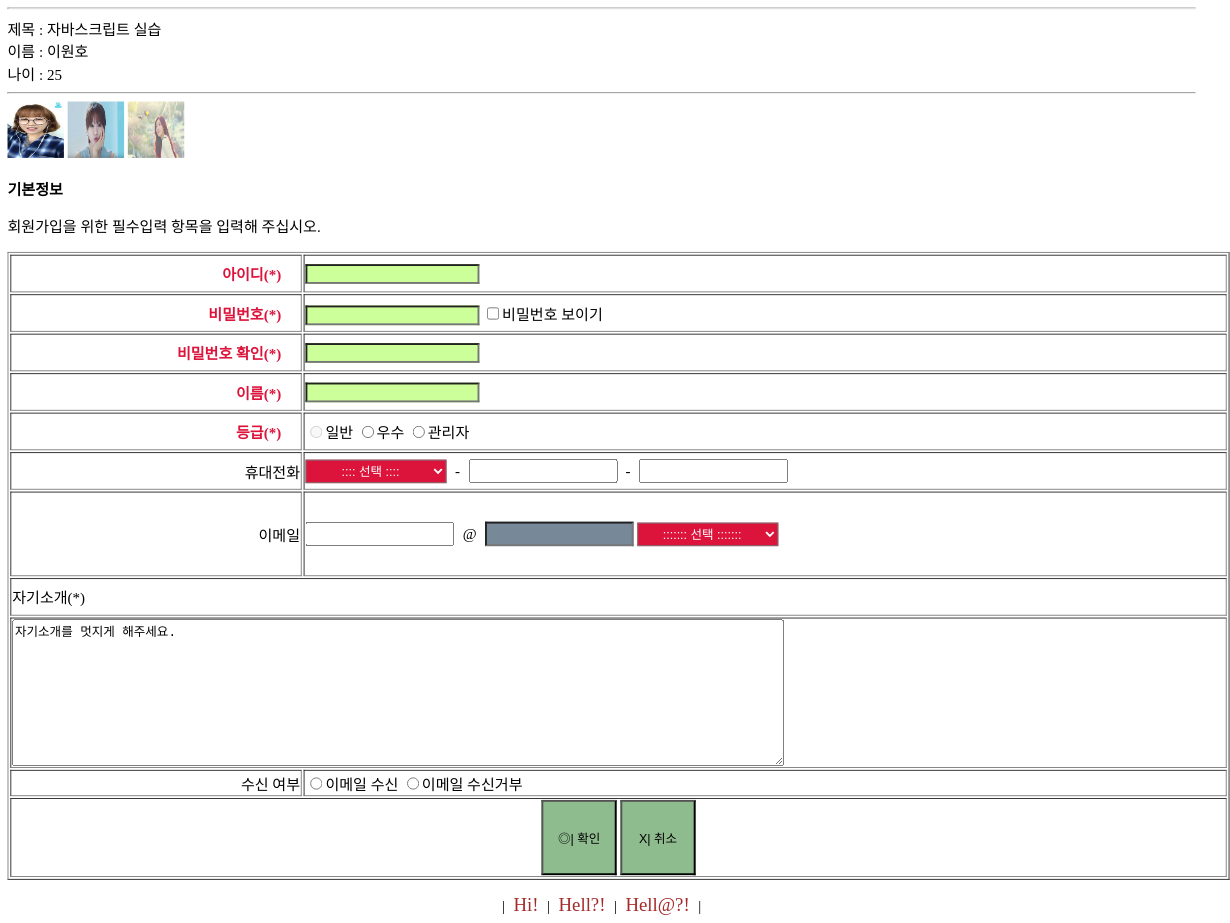
Repository: Leewonhoo/kostaweb
Page: Jsp_sample/WebContent/join.html
These files come from the project's save history. The page is drawn as it stood at one moment and after the next save; the edit follows.
The browser window is 1280 px wide. The page is 1308 px wide, so the pictures cover 1308 px, including what lies to the right of the window. The pictures show the whole page, at 94% of full size.

Above is the page before, as saved 2017-09-13 01:39:47.

After the next save:
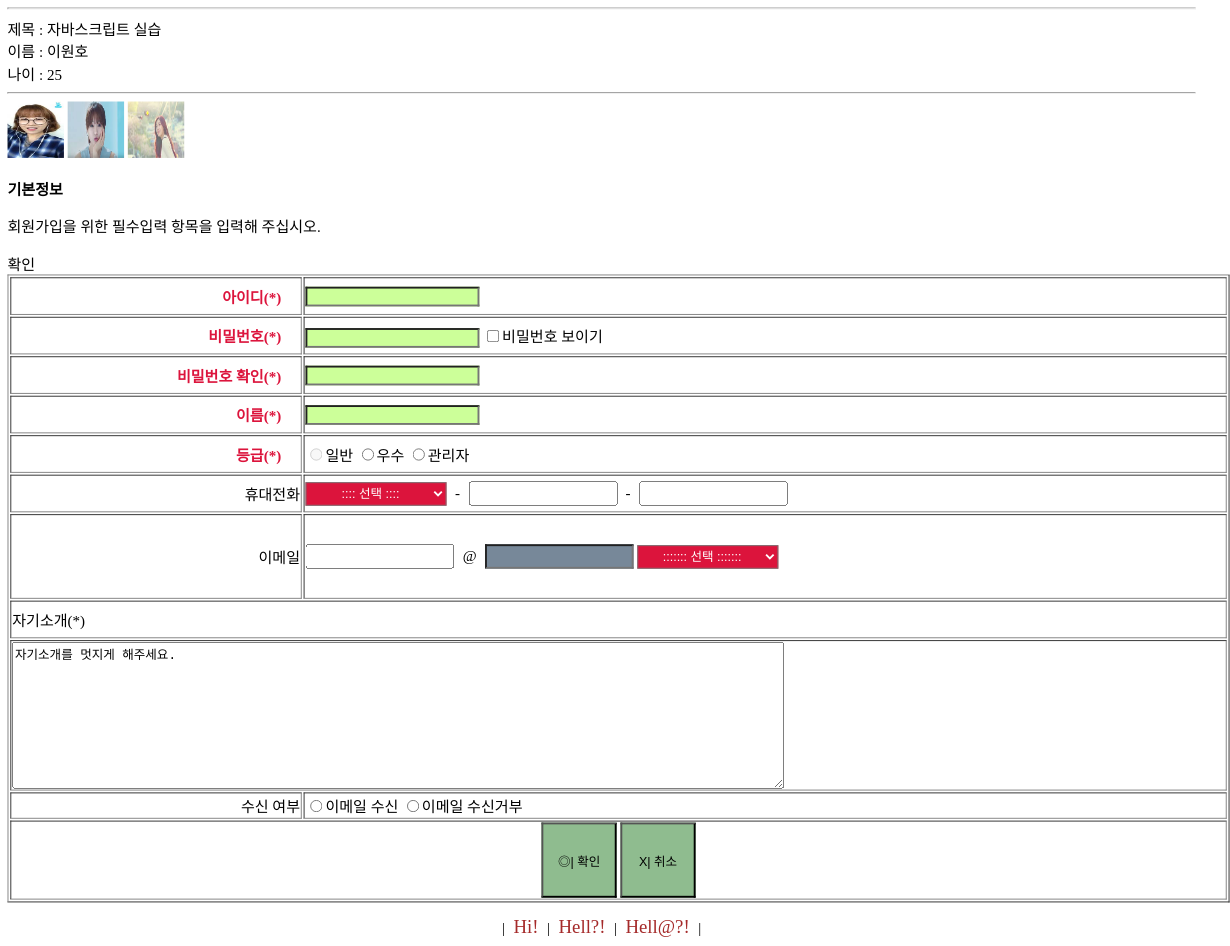
Saved 24 s later.
--- a/Jsp_sample/WebContent/join.html
+++ b/Jsp_sample/WebContent/join.html
@@ -65,14 +65,14 @@
 		alert("hi");
 		if(memberPwElement.value != check){
 			var message="다시입력";
-			document.joinForm.PwLength.innerText.value = message;
+			document.joinForm.PwLength.innerText = message;
 			//Pwlength1.value = message;
 			//alert(message);
 			memberPwConfirmElement.focus();
 			//setTimeout(function(){memberPwConfirmElement.focus();}, 1);
 		} else{
 			var message="일치";
-			document.joinForm.PwLength.innerText.value = message;
+			document.joinForm.PwLength.innerText = message;
 			//Pwlength1.value = message;
 		}
 	}
@@ -152,7 +152,7 @@
 				<td width="250px" align="right"><span class="remark">비밀번호 확인(*)</span></td>
 				<td width="800px">
 				<input class="import" id="memberPwConfirm" name="memberPwConfirm" type="password" size="20" onblur="Pwcheck(this.value)"></td>
-				<span id="PwLength" name="PwLength"></span>
+				<span id="PwLength" name="PwLength">확인</span>
 			</tr>
 			<tr height="40px">
 				<td width="250px" align="right"><span class="remark">이름(*)</span></td>

After the save that followed:
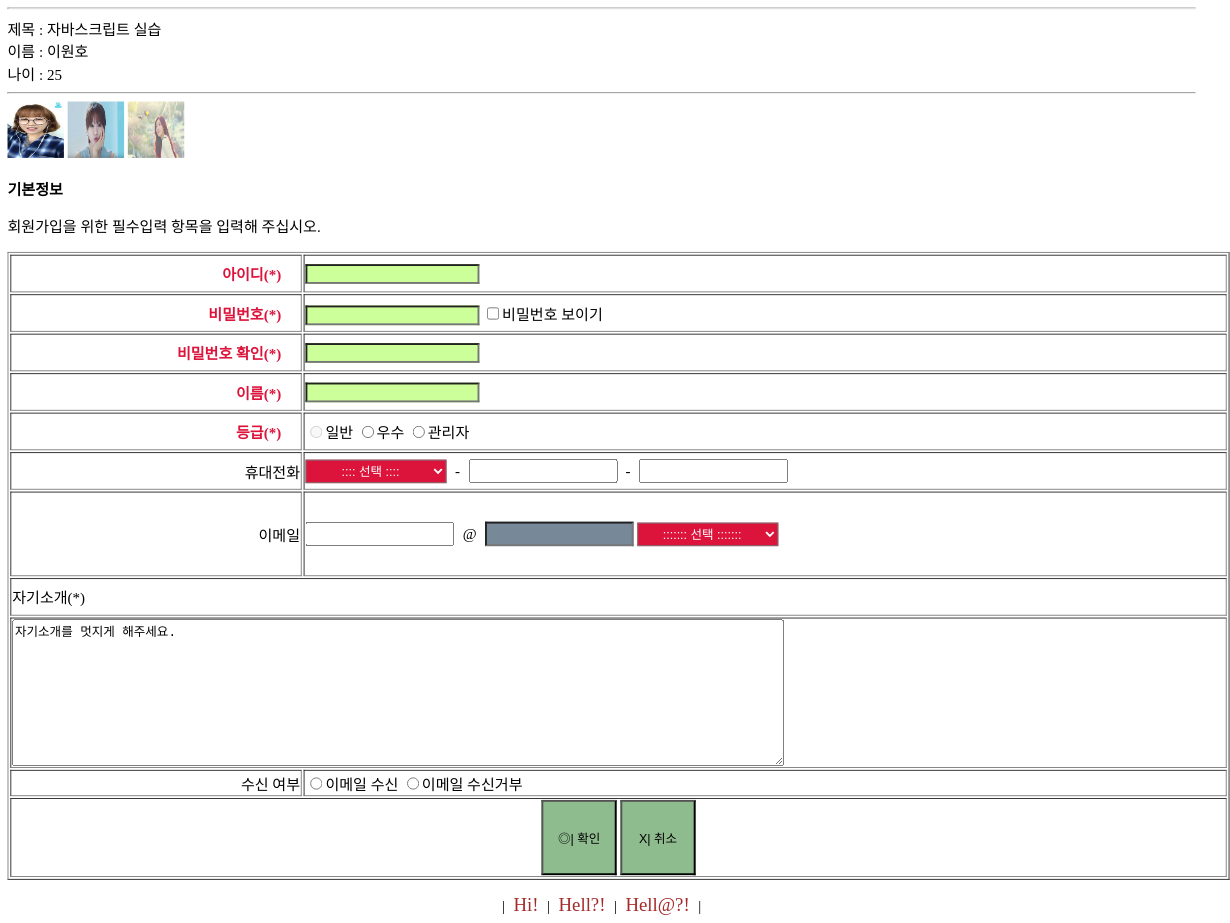
Saved 32 s later.
--- a/Jsp_sample/WebContent/join.html
+++ b/Jsp_sample/WebContent/join.html
@@ -151,8 +151,9 @@
 			<tr height="40px">
 				<td width="250px" align="right"><span class="remark">비밀번호 확인(*)</span></td>
 				<td width="800px">
-				<input class="import" id="memberPwConfirm" name="memberPwConfirm" type="password" size="20" onblur="Pwcheck(this.value)"></td>
-				<span id="PwLength" name="PwLength">확인</span>
+					<input class="import" id="memberPwConfirm" name="memberPwConfirm" type="password" size="20" onblur="Pwcheck(this.value)">
+				</td>
+
 			</tr>
 			<tr height="40px">
 				<td width="250px" align="right"><span class="remark">이름(*)</span></td>
